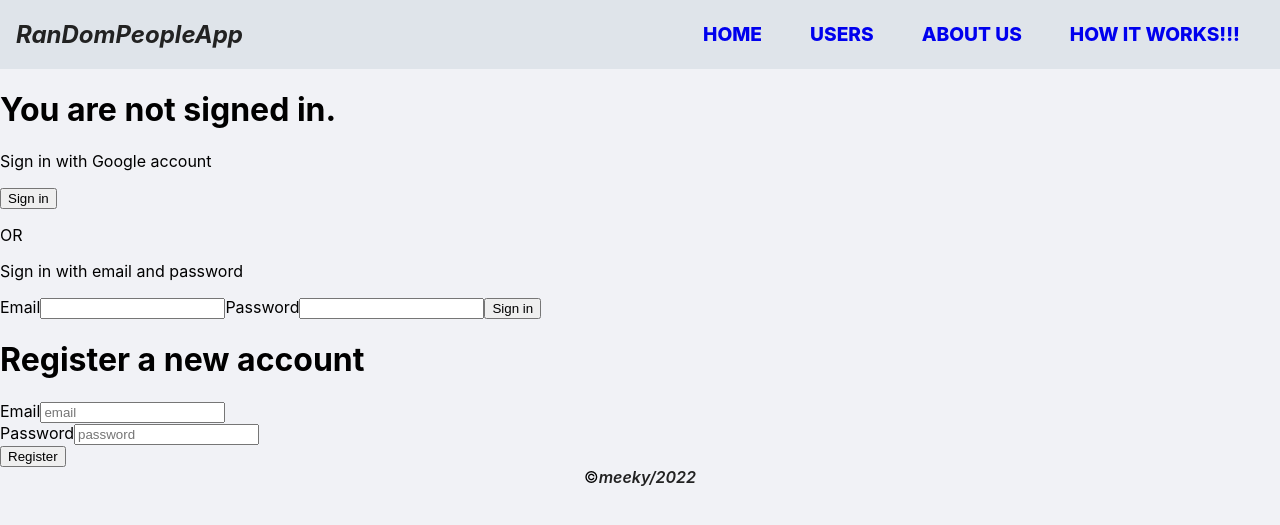
Repository: MikkyPrestige/RandomProfiles
Page: /profile
An editor plug-in stored every save of this project. The page is shown before and after the next save, followed by the edit.
The browser window is 1280 px wide. The pictures show the whole page.
The project was rebuilt for these pictures with package versions that can differ from the ones it lists, and the page was loaded fresh each time. Also part of the build but not shown: src/assets/styles/home.css, src/components/home.jsx, src/assets/styles/users.css, src/components/users.jsx, src/assets/styles/search.css, src/components/search.jsx, src/assets/styles/help.css, src/components/help.jsx and 5 more.

Above is the page before, as saved 2022-11-30 00:21:36.

After the next save:
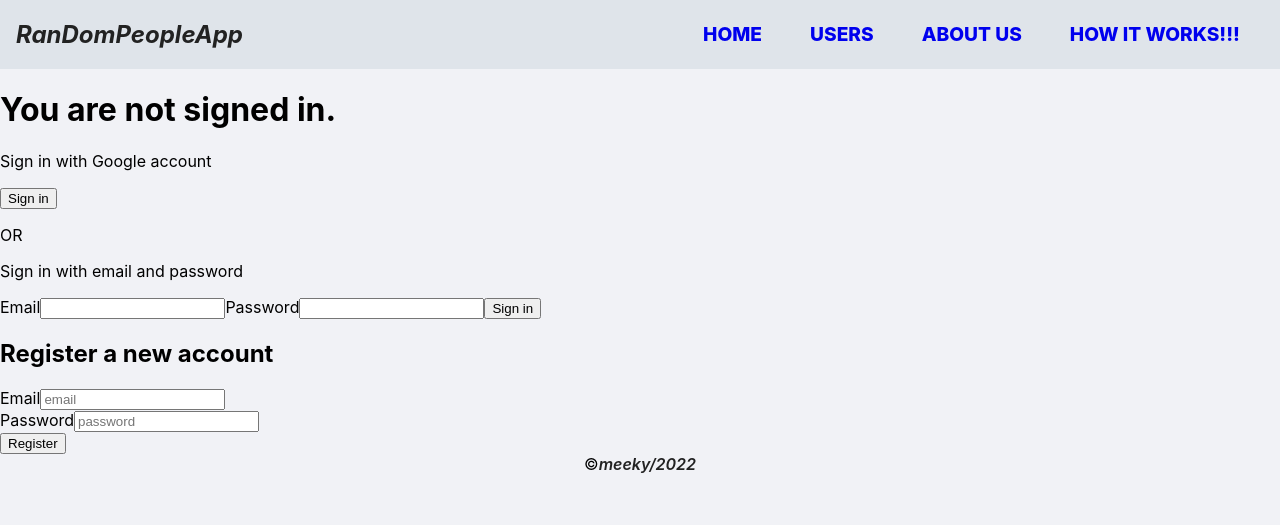
Saved 17 s later.
--- a/src/components/profile.jsx
+++ b/src/components/profile.jsx
@@ -182,7 +182,7 @@ const Profile = () => {
                   </button>
                 </form>
               </div>
-              <h1>Register a new account </h1>
+              <h2>Register a new account </h2>
               <form onSubmit={handleRegister}>
                 <div className="profile__group">
                   <label htmlFor="email">Email</label>
